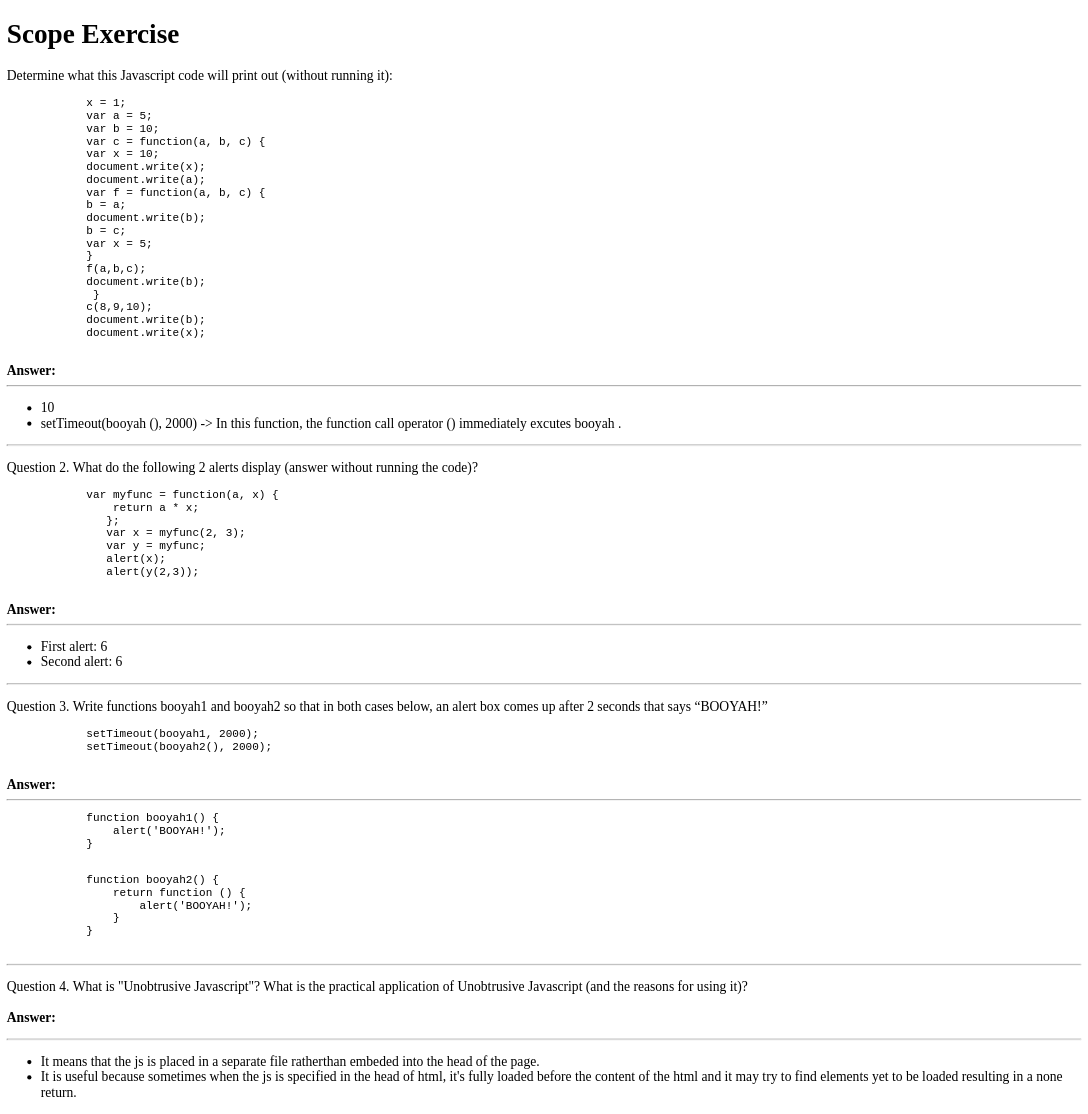
Repository: bethelbahiru/WAP
Page: Homework3/scope.html
These files come from the project's save history. The page is drawn as it stood at one moment and after the next save; the edit follows.
The browser window is 1280 px wide. The pictures show the whole page, at 85% of full size.

Above is the page before, as saved 2022-01-18 15:23:12.

### Homework3/scope.html
<!DOCTYPE html>
<html lang="en">
<head>
    <meta charset="UTF-8">
    <meta http-equiv="X-UA-Compatible" content="IE=edge">
    <meta name="viewport" content="width=device-width, initial-scale=1.0">
    <title>Scope Exercise</title>
</head>
<body>
    <h1><strong>Scope Exercise</strong></h1>
    <p> Determine what this Javascript code will print out (without running it):
        <pre>
            x = 1;
            var a = 5;
            var b = 10;
            var c = function(a, b, c) {
            var x = 10;
            document.write(x);
            document.write(a);
            var f = function(a, b, c) {
            b = a;
            document.write(b);
            b = c;
            var x = 5;
            }
            f(a,b,c);
            document.write(b);
             }
            c(8,9,10);
            document.write(b);
            document.write(x);
        </pre>

        <strong>Answer:</strong>
        <hr>
        <ul>
            <li>10</li>
            <li>setTimeout(booyah (), 2000) -> In this function, the function call operator () immediately excutes booyah .</li>

        </ul>
    </p>
    <hr>
    <p>Question 2. What do the following 2 alerts display (answer without running the code)?
        <pre>
            var myfunc = function(a, x) {
                return a * x;
               };
               var x = myfunc(2, 3);
               var y = myfunc;
               alert(x);
               alert(y(2,3));
        </pre>
        <strong>Answer:</strong>
        <hr>
        <ul>
            <li>First alert: 6</li>
            <li>Second alert: 6</li>
        </ul>
    </p>
    <hr>
    <p>Question 3. Write functions booyah1 and booyah2 so that in both cases below, an alert box comes up after 2 seconds that
        says “BOOYAH!”
        <pre>
            setTimeout(booyah1, 2000);
            setTimeout(booyah2(), 2000);
        </pre>
        <strong>Answer:</strong>
        <hr>
        <pre>
            function booyah1() {
                alert('BOOYAH!');
            }
        </pre>
        <pre>
            function booyah2() {
                return function () {
                    alert('BOOYAH!');
                }
            }
        </pre>
    </p>
    <hr>
    <p>Question 4. What is "Unobtrusive Javascript"? What is the practical application of Unobtrusive Javascript (and the reasons
        for using it)?
        <br/>
        <br/>
        <strong>Answer:</strong>
        <hr>
        <ul>
            <li>It means that the js is placed in a separate file ratherthan embeded into the head of the page.</li>
            <li>It is useful because sometimes when the js is specified in the head of html, it's fully loaded before the content of the html and it may try to find elements yet to be loaded resulting in a none return.</li>
        </ul>
    </p>

</body>
</html>

After the next save:
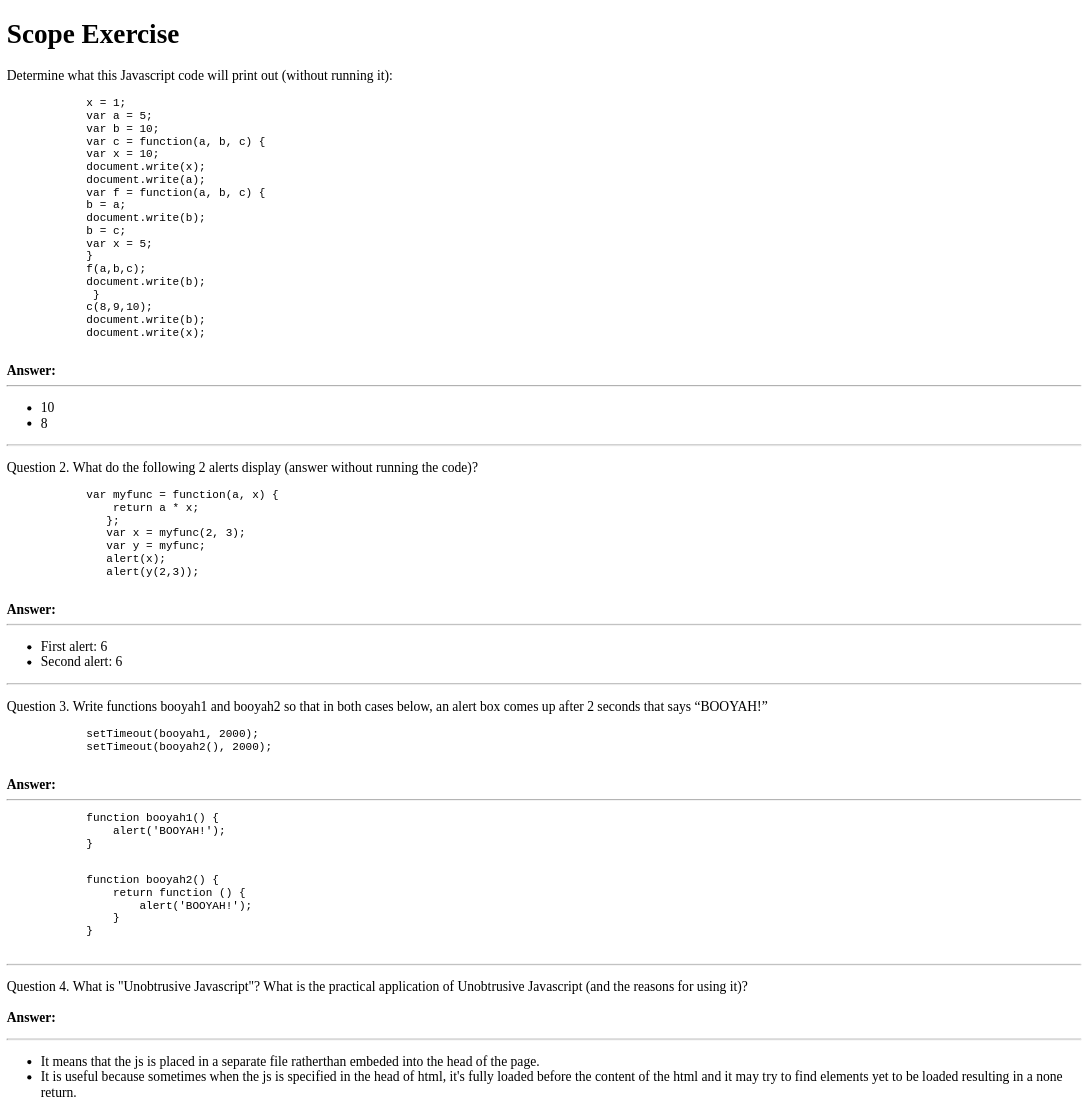
Saved 6 s later.
--- a/Homework3/scope.html
+++ b/Homework3/scope.html
@@ -35,7 +35,7 @@
         <hr>
         <ul>
             <li>10</li>
-            <li>setTimeout(booyah (), 2000) -> In this function, the function call operator () immediately excutes booyah .</li>
+            <li>8</li>
 
         </ul>
     </p>
